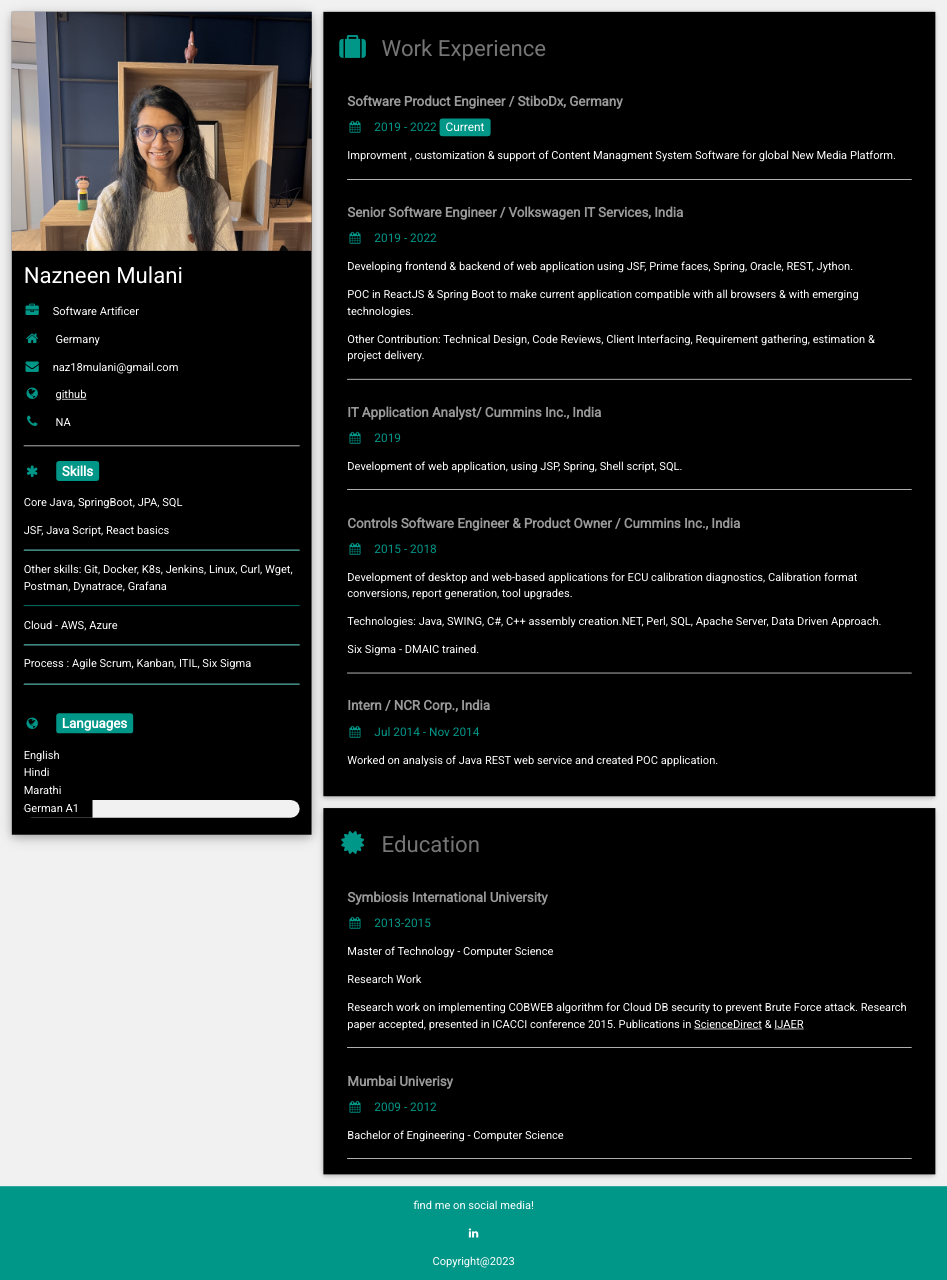
Repository: nazneenprojects/nazneen.github.io
Page: index.html
The author's editor kept a copy of each file at every save. The page is drawn from the files as they stood at one save, then again after the next save.
The browser window is 1280 px wide. The pictures show the whole page, at 74% of full size.

Above is the page before, as saved 2023-07-09 11:50:40.

### index.html
<!DOCTYPE html>
<html>
<title>Nazneen Portfolio</title>
<meta charset="UTF-8">
<meta name="viewport" content="width=device-width, initial-scale=1">
<link rel="stylesheet" href="https://www.w3schools.com/w3css/4/w3.css">
<link rel='stylesheet' href='https://fonts.googleapis.com/css?family=Roboto'>
<link rel="stylesheet" href="https://cdnjs.cloudflare.com/ajax/libs/font-awesome/4.7.0/css/font-awesome.min.css">
<style>
html,body,h1,h2,h3,h4,h5,h6 {font-family: "Roboto", sans-serif}
</style>
<body class="w3-light-grey">

<!-- Page Container -->
<div class="w3-content w3-margin-top" style="max-width:1400px;">

  <!-- The Grid -->
  <div class="w3-row-padding">

    <!-- Left Column -->
    <div class="w3-third">

      <div class="w3-black w3-text-white w3-card-4">
        <div class="w3-display-container">
          <img src="IMG_NazneenM.JPG" style="width:100%" alt="Avatar">
          <div class="w3-display-bottomleft w3-container w3-text-black">
          </div>
        </div>
        <div class="w3-container">
          <h2>Nazneen Mulani</h2>
          <p><i class="fa fa-briefcase fa-fw w3-margin-right w3-large w3-text-teal"></i>Software Artificer</p>
          <p><i class="fa fa-home fa-fw w3-margin-right w3-large w3-text-teal"></i> Germany </p>
          <p><i class="fa fa-envelope fa-fw w3-margin-right w3-large w3-text-teal"></i>naz18mulani@gmail.com</p>
          <p><i class="fa fa-globe fa-fw w3-margin-right w3-large w3-text-teal"></i>
          <a href="https://github.com/nazneenprojects">github</a>
          </p>
          <p><i class="fa fa-phone fa-fw w3-margin-right w3-large w3-text-teal"></i> NA </p>
          <hr>

          <p class="w3-large"><b><i class="fa fa-asterisk fa-fw w3-margin-right w3-text-teal"></i> <span class="w3-tag w3-teal w3-round">Skills</span></b></p>
          <p>Core Java, SpringBoot, JPA, SQL</p>

          <p>JSF, Java Script, React basics</p>
          <div class="w3-light-grey w3-round-xlarge w3-small">
            <div class="w3-container w3-center w3-round-xlarge w3-teal" style="width:100%">
            </div>
          </div>
          <p>Other skills: Git, Docker, K8s, Jenkins, Linux, Curl, Wget, Postman, Dynatrace, Grafana</p>
          <div class="w3-light-grey w3-round-xlarge w3-small">
            <div class="w3-container w3-center w3-square-xlarge w3-teal" style="width:100%">
           </div>
          </div>
          <p>Cloud - AWS, Azure</p>
          <div class="w3-light-grey w3-round-xlarge w3-small">
            <div class="w3-container w3-center w3-round-xlarge w3-teal" style="width:100%">
            </div>
          </div>
          <p>Process : Agile Scrum, Kanban, ITIL, Six Sigma</p>
          <div class="w3-light-grey w3-round-xlarge w3-small">
            <div class="w3-container w3-center w3-round-xlarge w3-teal" style="width:100%">
            </div>
          </div>
          <br>

          <p class="w3-large w3-text-theme"><b><i class="fa fa-globe fa-fw w3-margin-right w3-text-teal"></i> <span class="w3-tag w3-teal w3-round">Languages</span></b></p>

          <div class="w3-light-grey w3-round-xlarge">
            <div class="w3-square-xlarge w3-black" style="height:24px;width:100%">English</div>
          </div>

          <div class="w3-light-grey w3-round-xlarge">
            <div class="w3-square-xlarge w3-black" style="height:24px;width:100%">Hindi</div>
          </div>

          <div class="w3-light-grey w3-round-xlarge">
            <div class="w3-square-xlarge w3-black" style="height:24px;width:100%">Marathi</div>
          </div>

          <div class="w3-light-grey w3-round-xlarge">
            <div class="w3-square-xlarge w3-black" style="height:24px;width:25%">German A1</div>
          </div>
          <br>
        </div>
      </div><br>

    <!-- End Left Column -->
    </div>

    <!-- Right Column -->
    <div class="w3-twothird">

      <div class="w3-container w3-card w3-black w3-margin-bottom">
        <h2 class="w3-text-grey w3-padding-16"><i class="fa fa-suitcase fa-fw w3-margin-right w3-xxlarge w3-text-teal"></i>Work Experience</h2>
        <div class="w3-container">
          <h5 class="w3-opacity"><b>Software Product Engineer / StiboDx, Germany</b></h5>
          <h6 class="w3-text-teal"><i class="fa fa-calendar fa-fw w3-margin-right"></i>2019 - 2022 <span class="w3-tag w3-teal w3-round">Current</span></h6>
          <p> Improvment , customization & support of Content Managment System Software for global New Media Platform.</p>
          <hr>
        </div>
        <div class="w3-container">
          <h5 class="w3-opacity"><b>Senior Software Engineer / Volkswagen IT Services, India</b></h5>
          <h6 class="w3-text-teal"><i class="fa fa-calendar fa-fw w3-margin-right"></i>2019 - 2022</h6>
          <p>Developing frontend & backend of web application using JSF, Prime faces, Spring, Oracle, REST, Jython.</p>
          <p>POC in ReactJS & Spring Boot to make current application compatible with all browsers & with emerging technologies.</p>
          <p>Other Contribution: Technical Design, Code Reviews, Client Interfacing, Requirement gathering, estimation & project delivery.</p>
          <hr>
        </div>
        <div class="w3-container">
          <h5 class="w3-opacity"><b>IT Application Analyst/ Cummins Inc., India</b></h5>
          <h6 class="w3-text-teal"><i class="fa fa-calendar fa-fw w3-margin-right"></i>2019 </h6>
          <p>Development of web application, using JSP, Spring, Shell script, SQL.</p>
          <hr>
        </div>
        <div class="w3-container">
          <h5 class="w3-opacity"><b>Controls Software Engineer & Product Owner / Cummins Inc., India</b></h5>
          <h6 class="w3-text-teal"><i class="fa fa-calendar fa-fw w3-margin-right"></i>2015 - 2018</h6>
          <p>Development of desktop and web-based applications for ECU calibration diagnostics, Calibration format conversions, report generation, tool upgrades.</p>
          <p>Technologies: Java, SWING, C#, C++ assembly creation.NET, Perl, SQL, Apache Server, Data Driven Approach.</p>
          <p>Six Sigma - DMAIC trained.</p>
          <hr>
        </div>
        <div class="w3-container">
          <h5 class="w3-opacity"><b>Intern / NCR Corp., India</b></h5>
          <h6 class="w3-text-teal"><i class="fa fa-calendar fa-fw w3-margin-right"></i>Jul 2014 - Nov 2014</h6>
          <p>Worked on analysis of Java REST web service and created POC application. </p><br>
        </div>
      </div>

      <div class="w3-container w3-card w3-black">
        <h2 class="w3-text-grey w3-padding-16"><i class="fa fa-certificate fa-fw w3-margin-right w3-xxlarge w3-text-teal"></i>Education</h2>
        <div class="w3-container">
          <h5 class="w3-opacity"><b> Symbiosis International University</b></h5>
          <h6 class="w3-text-teal"><i class="fa fa-calendar fa-fw w3-margin-right"></i>2013-2015</h6>
          <p>Master of Technology - Computer Science</p>
          <p>Research Work</p>
          <p>
            Research work on implementing COBWEB algorithm for Cloud DB security to prevent Brute Force attack. Research paper accepted, presented in ICACCI conference 2015. Publications in

            <a href="https://www.sciencedirect.com/science/article/pii/S1877050915005359">ScienceDirect</a> &
            <a href="https://www.ripublication.com/Volume/ijaerv10n12.htm">IJAER</a>
          </p>
          <hr>
        </div>
        <div class="w3-container">
          <h5 class="w3-opacity"><b>Mumbai Univerisy</b></h5>
          <h6 class="w3-text-teal"><i class="fa fa-calendar fa-fw w3-margin-right"></i>2009 - 2012</h6>
          <p>Bachelor of Engineering - Computer Science</p>
          <hr>
        </div>
      </div>

    <!-- End Right Column -->
    </div>

  <!-- End Grid -->
  </div>

  <!-- End Page Container -->
</div>

<footer class="w3-container w3-teal w3-center w3-margin-top">

  <p>find me on social media!</p>
  <a href="https://www.linkedin.com/in/nazneen-mulani-05004012a/"> <i class="fa fa-linkedin w3-hover-opacity"></i></a>
  <p>Copyright@2023</p>
 <!--
  <i class="fa fa-facebook-official w3-hover-opacity"></i>
  <i class="fa fa-instagram w3-hover-opacity"></i>
  <i class="fa fa-snapchat w3-hover-opacity"></i>
  <i class="fa fa-pinterest-p w3-hover-opacity"></i>
  <i class="fa fa-twitter w3-hover-opacity"></i>
  <p>Powered by <a href="https://www.w3schools.com/w3css/default.asp" target="_blank">w3.css</a></p>
 -->
</footer>

</body>
</html>

After the next save:
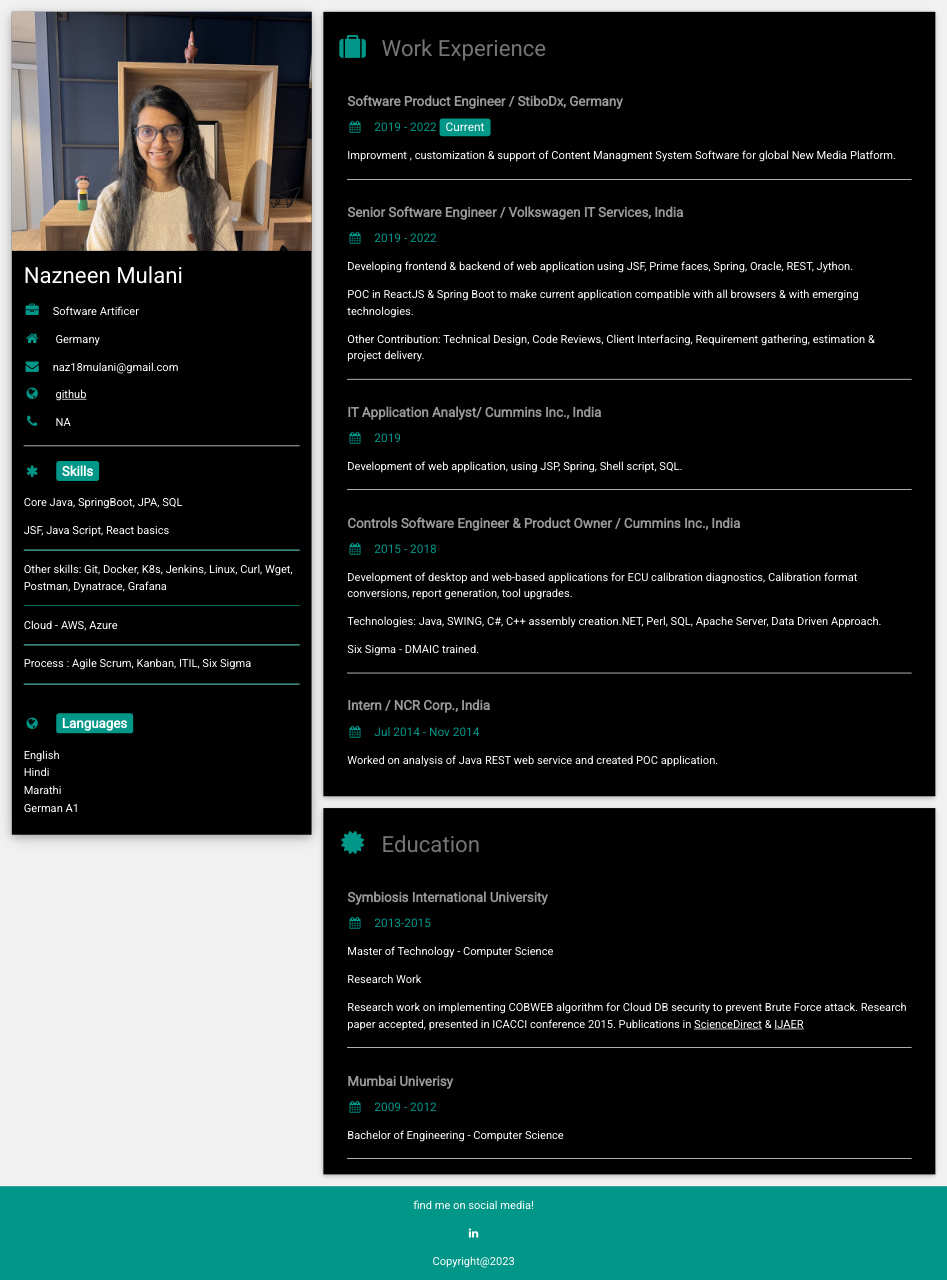
Saved 16 s later.
--- a/index.html
+++ b/index.html
@@ -77,7 +77,7 @@
           </div>
 
           <div class="w3-light-grey w3-round-xlarge">
-            <div class="w3-square-xlarge w3-black" style="height:24px;width:25%">German A1</div>
+            <div class="w3-square-xlarge w3-black" style="height:24px;width:100%">German A1</div>
           </div>
           <br>
         </div>
